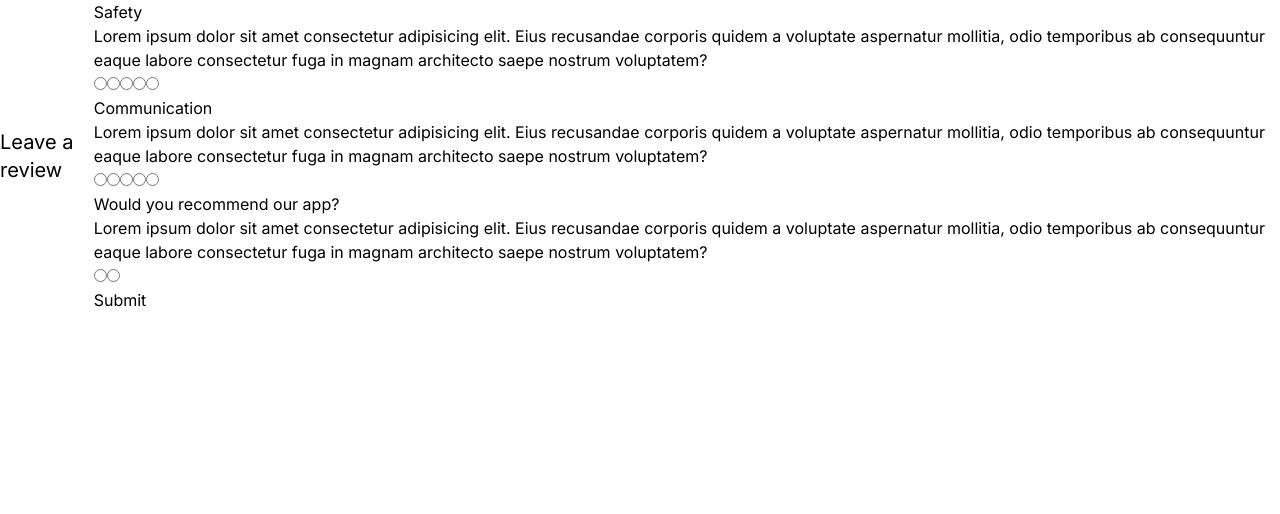
Repository: akankshaajoshi/review-form
Page: /review
These files come from the project's save history. The page is drawn as it stood at one moment and after the next save; the edit follows.
The browser window is 1280 px wide. The pictures show the whole page.
The project was rebuilt for these pictures with package versions that can differ from the ones it lists, and the page was loaded fresh each time. The framework's server and built-in components were replaced by stand-ins that run in the browser. Also part of the build but not shown: next.config.mjs.

Above is the page before, as saved 2024-05-25 12:27:32.

After the next save:
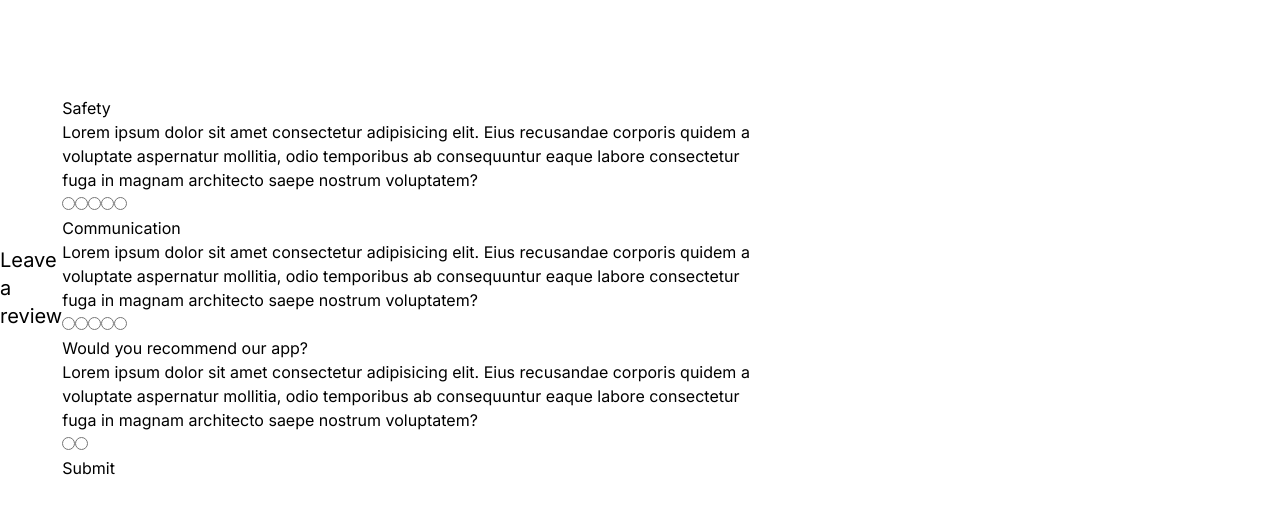
Saved 28 s later.
--- a/app/(routes)/review/page.tsx
+++ b/app/(routes)/review/page.tsx
@@ -20,7 +20,7 @@ export default function Review(){
     const [state, formAction] = useFormState(createReview, initialState);
     return (
         <div className=" w-[100vw] h-[100vh]">
-            <div className="flex items-center">
+            <div className="flex items-center h-[80vh] w-[60vw]">
             <h2 className="text-xl text-bold">Leave a review</h2>
             {state?.message}
             <form action={formAction}>
